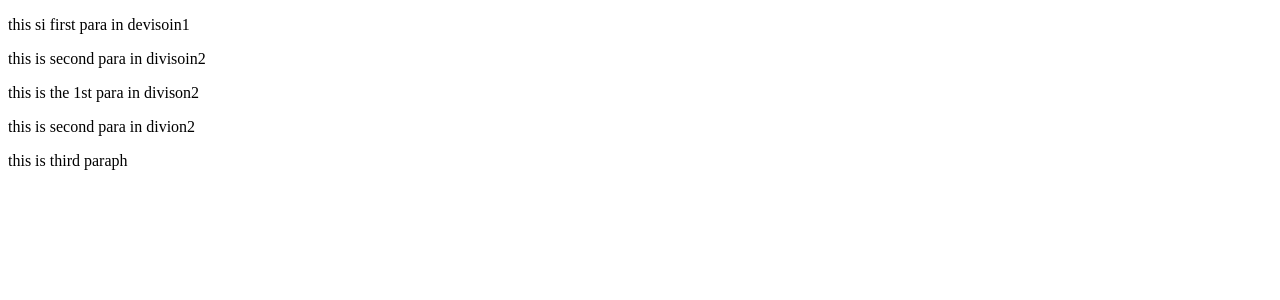
Repository: viveknaidu007/repo-115-JavaScript
Page: 22.html
An editor plug-in stored every save of this project. The page is shown before and after the next save, followed by the edit.
The browser window is 1280 px wide. The pictures show the whole page.

Above is the page before, as saved 2024-06-24 16:02:48.

### 22.html
<!DOCTYPE html>
<html>
    <head>
        <meta charset="UTF-8">
        <meta http-equiv="X-UA-Compatible" content="IE=edge">
        <meta name="viewport" content="width=device-width, initial-scale=1.0">
        <title> Dom manipulation </title>
    </head>

    <body>
        <div id="first">
            <p> this si first para in devisoin1</p>
            <p> this is second para in divisoin2</p>
        </div>

        <div id="second">
            <p> this is the 1st para in divison2</p>
            <p> this is second para in divion2</p>
        </div>
    </body>

    <script>

        var n = document.createElement('p')
        n.innerText = "this is third paraph"
        console.log(n)
        var parent = document.getElementById("second")
        console.log(parent)

        parent.appendChild(n)

        //console.log(parent.innerText) // it will full thing was string
        console.log(parent.innerHTML) // IT WIL TAKE tags as spearate and text as separate

    </script>

</html>

After the next save:
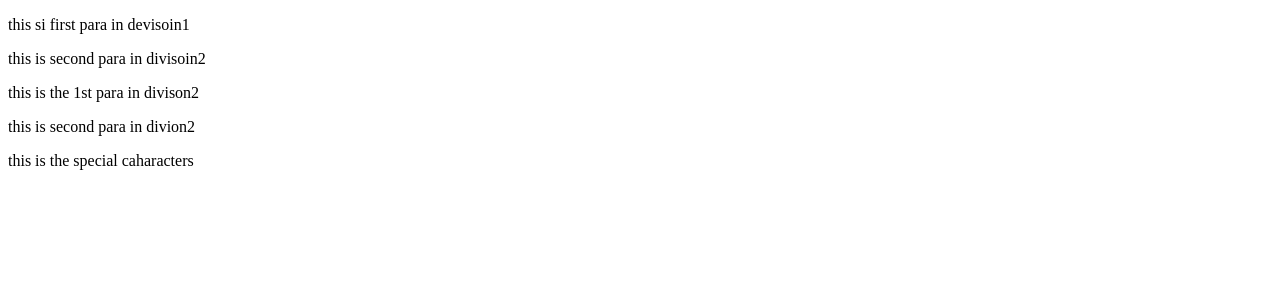
Saved 5 min 36 s later.
--- a/22.html
+++ b/22.html
@@ -20,18 +20,13 @@
     </body>
 
     <script>
+        var n = document.createElement('p')
+        n.innerText = "this is the special caharacters"
 
-        var n = document.createElement('p')
-        n.innerText = "this is third paraph"
-        console.log(n)
         var parent = document.getElementById("second")
-        console.log(parent)
+        var last = document.getElementById("last")
 
-        parent.appendChild(n)
-
-        //console.log(parent.innerText) // it will full thing was string
-        console.log(parent.innerHTML) // IT WIL TAKE tags as spearate and text as separate
-
+        parent.insertBefore(n,last)
     </script>
 
 </html>
